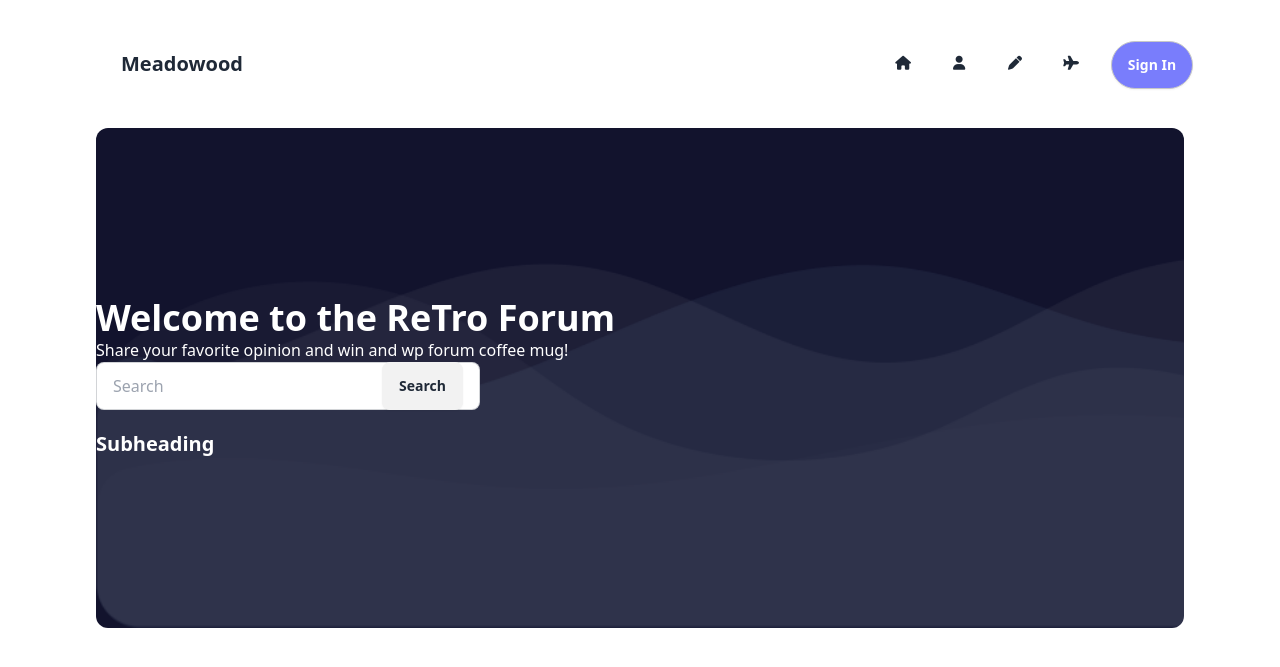
Repository: RudrasahaDibos/Meadowood-Forum
Page: index.html
An editor plug-in stored every save of this project. The page is shown before and after a run of saves, followed by the edit.
The browser window is 1280 px wide. The pictures show the whole page.
Some web libraries are served in a nearby version.

Above is the page before, as saved 2024-11-24 12:41:33.

### index.html
<!DOCTYPE html>
<html lang="en">
    <head>
        <meta charset="UTF-8">
        <meta name="viewport" content="width=device-width, initial-scale=1.0">
        <title>Meadowood Forum</title>

        <!-- tailwind  -->
        <link
            href="https://cdn.jsdelivr.net/npm/daisyui@4.12.14/dist/full.min.css"
            rel="stylesheet" type="text/css" />
        <script src="https://cdn.tailwindcss.com"></script>

        <!-- font awesome  -->
        <link rel="stylesheet"
            href="https://cdnjs.cloudflare.com/ajax/libs/font-awesome/6.7.1/css/all.min.css"
            integrity="sha512-5Hs3dF2AEPkpNAR7UiOHba+lRSJNeM2ECkwxUIxC1Q/FLycGTbNapWXB4tP889k5T5Ju8fs4b1P5z/iB4nMfSQ=="
            crossorigin="anonymous" referrerpolicy="no-referrer" />

    </head>
    <body class="container mx-auto lg:px-24 px-8">
        <!-- header is start here  -->
        <header class="mt-8">
            <!-- navbar is start here  -->
            <div class="navbar bg-base-100">
                <div class="flex-1">
                    <a class="btn btn-ghost text-xl">Meadowood</a>
                </div>
                <div class="flex-none">
                    <div class="dropdown dropdown-end mr-6">
                        <div  role="button"
                            class="btn btn-ghost btn-circle flex w-full  ">
                            <div class="indicator rounded-full border-1 h-8 w-8 mr-4 tooltip" data-tip="home">
                                <i class="fa-solid fa-house h-5 w-5 mx-auto mt-2"></i>
                            </div>
                            <div class="indicator rounded-full border-1 h-8 w-8 mr-4 tooltip" data-tip="User">
                                <i class="fa-solid fa-user h-5 w-5 mx-auto mt-2"></i>
                            </div>
                            <div class="indicator rounded-full border-1 h-8 w-8 mr-4 tooltip" data-tip="pen">
                                <i class="fa-solid fa-pen h-5 w-5 mx-auto mt-2"></i>
                            </div>
                            <div class="indicator rounded-full border-1 h-8 w-8 mr-4 tooltip" data-tip="flight">
                                <i class="fa-solid fa-plane h-5 w-5 mx-auto mt-2"></i>
                            </div>
                        </div>

                    </div>
                    <div class="dropdown dropdown-end">
                        <div tabindex="0" role="button"
                            class="btn btn-ghost btn-circle avatar">

                                <button class="btn btn-active bg-[#797DFC] text-white rounded-full ">Sign In</button>

                        </div>
                        <ul
                            tabindex="0"
                            class="menu menu-sm dropdown-content bg-base-100 rounded-box z-[1] mt-3 w-52 p-2 shadow">
                            <li>
                                <a class="justify-between">
                                    Profile
                                    <span class="badge">New</span>
                                </a>
                            </li>
                            <li><a>Settings</a></li>
                            <li><a>Logout</a></li>
                        </ul>
                    </div>
                </div>
            </div>
            <!-- navbar is  end here  -->

             <!-- bannner start here  -->
             <div class="w-full relative bg-no-repeat bg-cover h-[500px] z-0 rounded-xl overflow-hidden mt-8 bg-[#12132D]" style="background-image: url('/images/bgbanner.png');">
                <div class="relative top-0 left-0 w-full h-full z-10  flex  justify-center flex-col gap-5 ">

                  <div>
                    <h2 class="text-4xl font-bold font-manrope text-white">Welcome to the ReTro Forum</h2>
                    <p class="text-white">Share your favorite opinion and win and wp forum coffee mug!</p>
                    <label class="input input-bordered flex items-center gap-2 w-96">
                        <input type="text" class="grow" placeholder="Search" />
                         <button class="btn bg-[#]">Search</button>
                      </label>
                  </div>

                <h6 class="text-xl font-bold font-manrope text-white">Subheading</h6>

                </div>
                </div>
             <!-- bannner end here  -->




        </header>
        <!-- header is end here  -->

        <!-- main is start here  -->
        <main>

        </main>
        <!-- main is end here  -->

        <!-- footer is start here  -->

        <!-- footer is end here  -->
    </body>
</html>

After the next 2 saves:
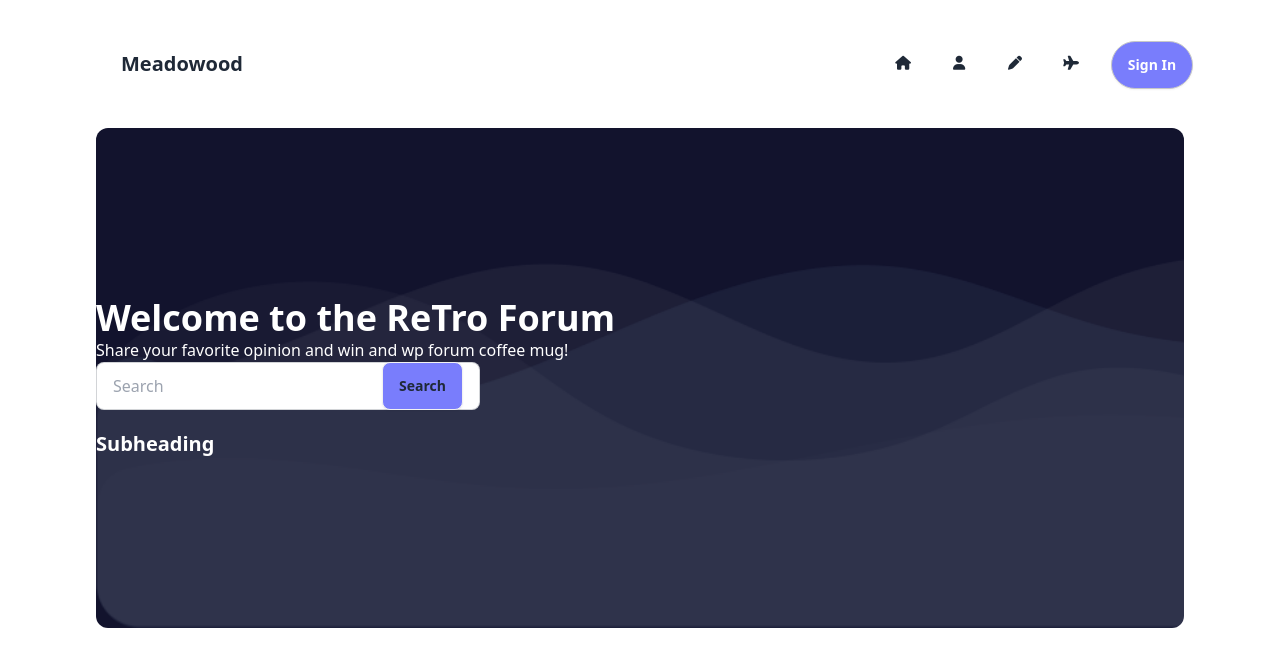
The 2 saves are shown as one change because they came seconds apart.
The last was saved 11 s later.
--- a/index.html
+++ b/index.html
@@ -78,7 +78,7 @@
                     <p class="text-white">Share your favorite opinion and win and wp forum coffee mug!</p>
                     <label class="input input-bordered flex items-center gap-2 w-96">
                         <input type="text" class="grow" placeholder="Search" />
-                         <button class="btn bg-[#]">Search</button>
+                         <button class="btn bg-[#797DFC]">Search</button>
                       </label>
                   </div>
 
